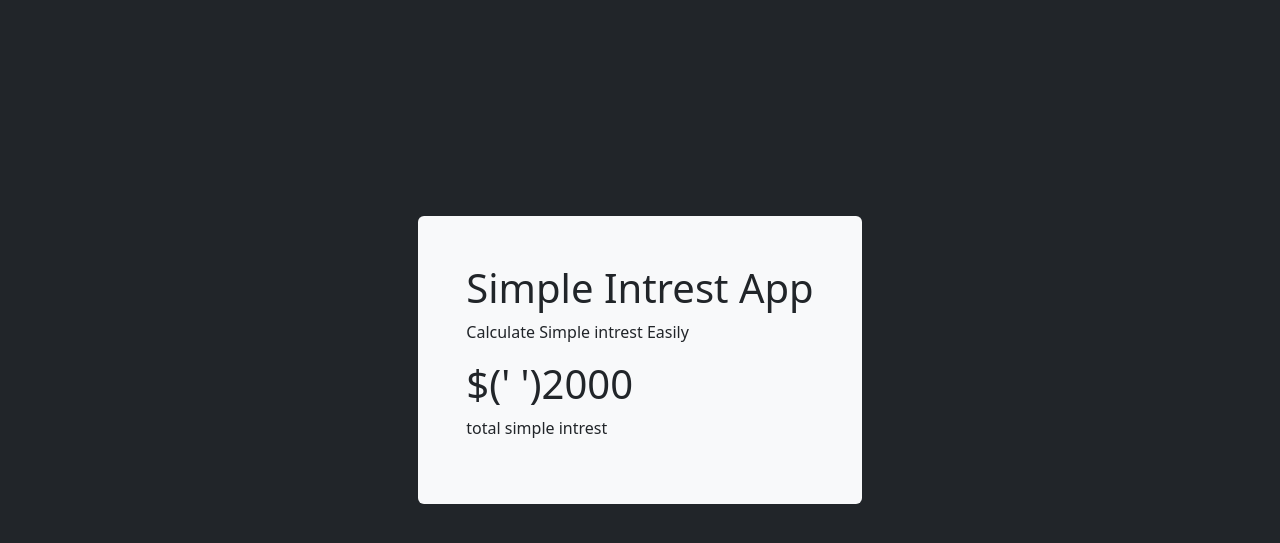
Repository: Afraz13/simple-intrest
Page: /
The author's editor kept a copy of each file at every save. The page is drawn from the files as they stood at one save, then again after a run of saves.
The browser window is 1280 px wide. The pictures show the whole page.
The project was rebuilt for these pictures with package versions that can differ from the ones it lists, and the page was loaded fresh each time. Also part of the build but not shown: src/index.css, src/App.css.

Above is the page before, as saved 2024-07-15 20:27:22.

### public/index.html
<!DOCTYPE html>
<html lang="en">
  <head>
    <meta charset="utf-8" />

    <meta name="viewport" content="width=device-width, initial-scale=1" />
    <link href="https://cdn.jsdelivr.net/npm/bootstrap@5.3.3/dist/css/bootstrap.min.css" rel="stylesheet" integrity="sha384-QWTKZyjpPEjISv5WaRU9OFeRpok6YctnYmDr5pNlyT2bRjXh0JMhjY6hW+ALEwIH" crossorigin="anonymous">

    <title>Simple Intrest</title>
  </head>
  <body>

    <div id="root"></div>

  </body>
</html>

### src/App.js

import './App.css';

function App() {
  return (
    <div style={{height:'100vh'}} className='d-flex justify-content-center align-items-center w-100 bg-dark'>
    <div className='bg-light p-5 rounded'>
    <h1>Simple Intrest App</h1>
    <p>Calculate Simple intrest Easily</p>
    <div>
      <h1>$(' ')2000</h1>
      <p>total simple intrest</p>
    </div>
    </div>
    </div>
  );
}

export default App;

Loaded but not shown: src/index.js (common file)

After the next 2 saves:
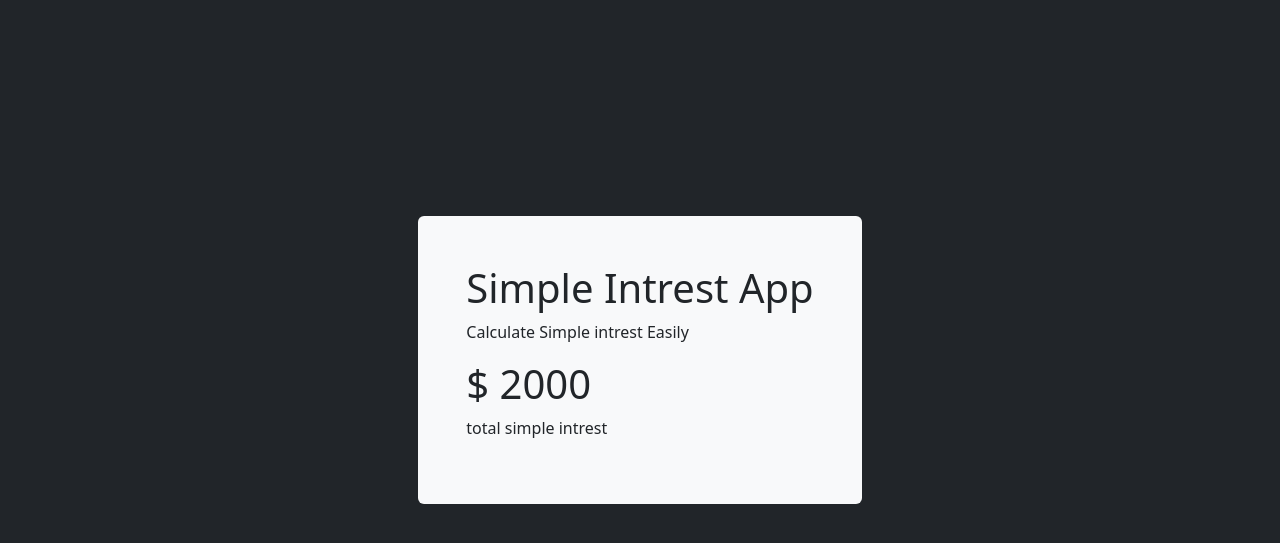
The 2 saves are shown as one change because they came seconds apart.
The last was saved 37 s later.
--- a/src/App.js
+++ b/src/App.js
@@ -8,7 +8,7 @@ function App() {
     <h1>Simple Intrest App</h1>
     <p>Calculate Simple intrest Easily</p>
     <div>
-      <h1>$(' ')2000</h1>
+      <h1>$ 2000</h1>
       <p>total simple intrest</p>
     </div>
     </div>
